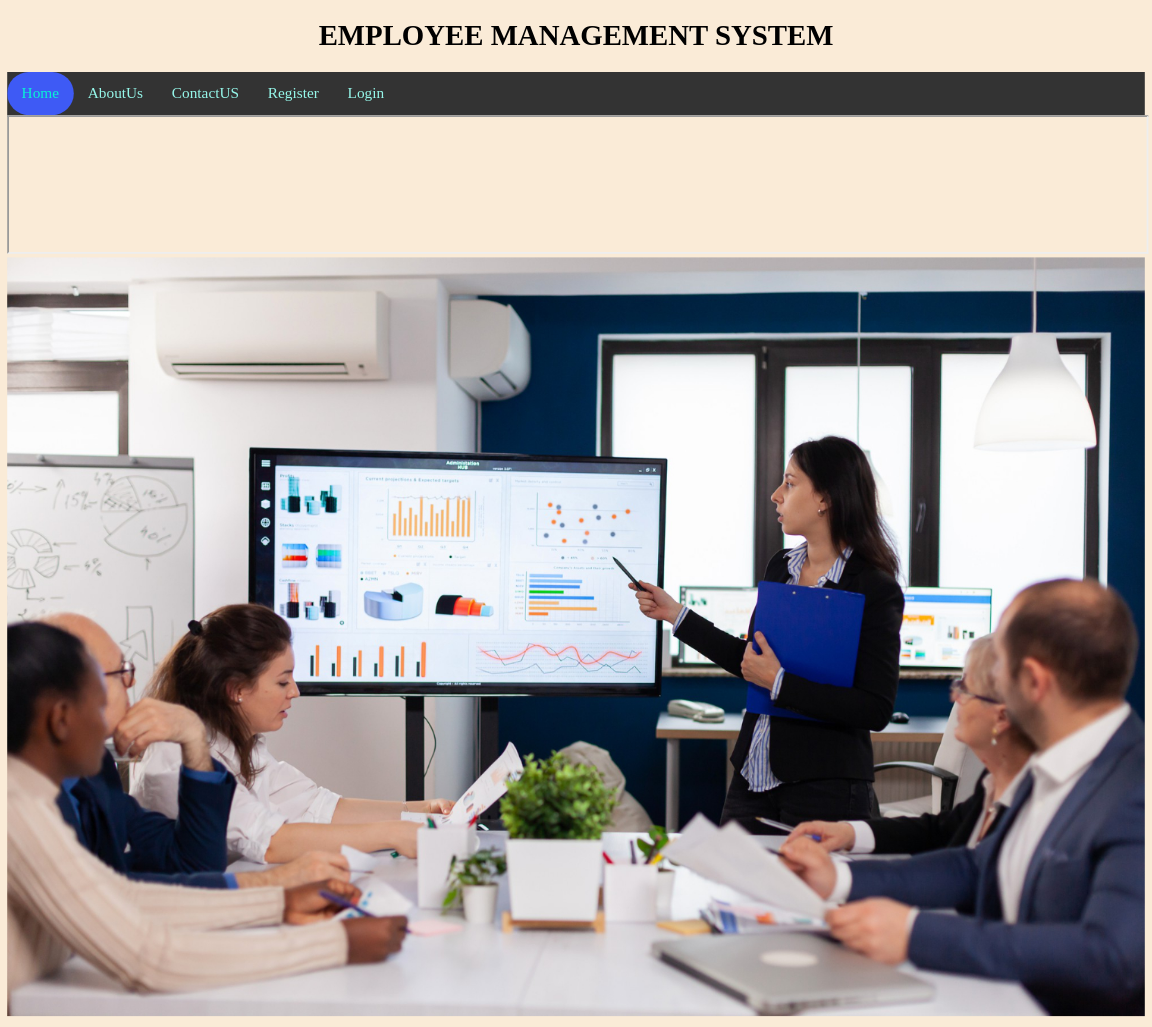
Repository: gajanansp07/Advance_Java_Practice
Page: http://localhost/JDBCCURD/Home.jsp
These files come from the project's save history. The page is drawn as it stood at one moment and after the next save; the edit follows.
The browser window is 1280 px wide. The pictures show the whole page, at 90% of full size.
The page is served by Tomcat 9.

Above is the page before, as saved 2022-03-16 12:40:53.

### JDBCCURD/src/main/webapp/Home.jsp
<%@ page language="java" contentType="text/html; charset=ISO-8859-1"
    pageEncoding="ISO-8859-1"%>
<!DOCTYPE html>
<html>
<head>
<meta charset="ISO-8859-1">
<title>Insert title here</title>
<style>
body{
background-color: antiquewhite;
}
    .topnav {
  background-color: #333;
  overflow: hidden;
}
    .topnav a {
  float: left;
  color: #96f7ea;
  text-align: center;
  padding: 14px 16px;
  text-decoration: none;
  font-size: 17px;
  border-radius: 2em;
}

/* Change the color of links on hover */
.topnav a:hover {
  background-color: rgb(62, 90, 245);
  color: black;
  border-radius: 2em;
}

/* Add a color to the active/current link */
.topnav a.active {
  background-color: rgb(62, 90, 245);
  color: #09f3d4;
  border-radius: 2em;
}
div#header {
    background-color: antiquewhite;
    text-align: center;
}
</style>
</head>
<body>
    <div id="header">
        <h1>EMPLOYEE MANAGEMENT SYSTEM</h1>
    </div>
    <div class="topnav">
        <a class="active" href="Home.jsp">Home</a>
        <a href="aboutus.jsp" target="iframe_home" >AboutUs</a>
        <a href="contactus.jsp" target="iframe_home" >ContactUS</a>
        <a href="register.jsp" target="iframe_home" >Register</a>
        <a href="login.jsp" target="iframe_home" >Login</a>
      </div>
      <iframe name="iframe_home" height="80%" width="100%" title="Iframe Example"></iframe>
      <div>
          <img src="em.jpg" width="100%">
      </div>
</body>
</html>

After the next save:
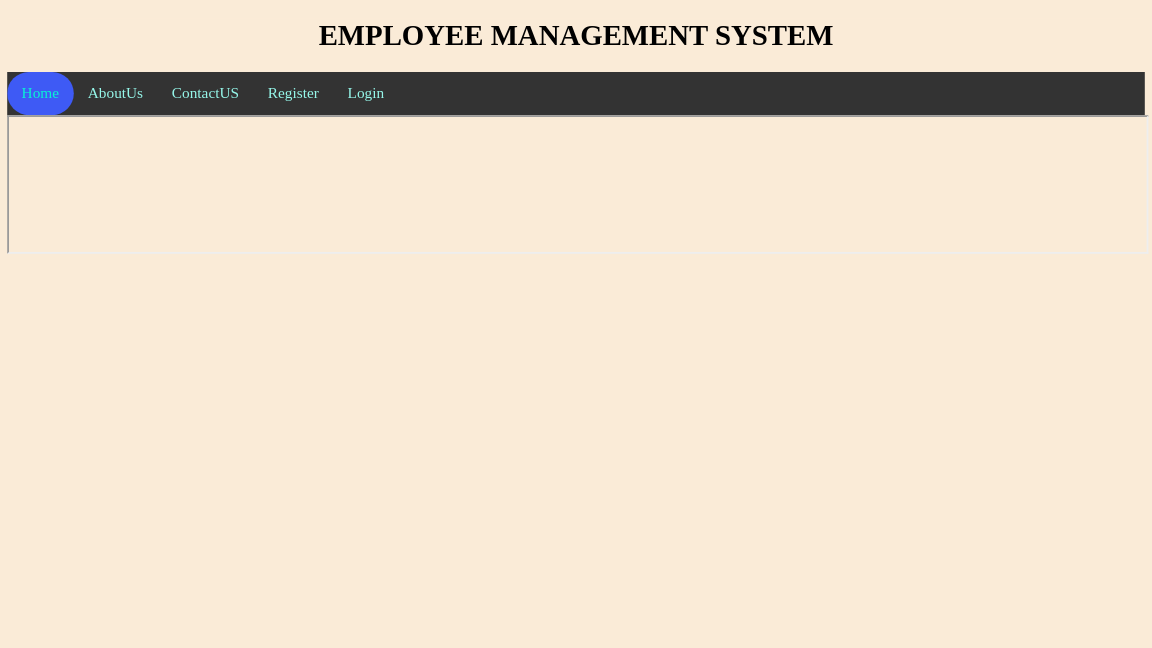
Saved 25 s later.
--- a/JDBCCURD/src/main/webapp/Home.jsp
+++ b/JDBCCURD/src/main/webapp/Home.jsp
@@ -54,8 +54,6 @@ div#header {
         <a href="login.jsp" target="iframe_home" >Login</a>
       </div>
       <iframe name="iframe_home" height="80%" width="100%" title="Iframe Example"></iframe>
-      <div>
-          <img src="em.jpg" width="100%">
-      </div>
+
 </body>
 </html>
